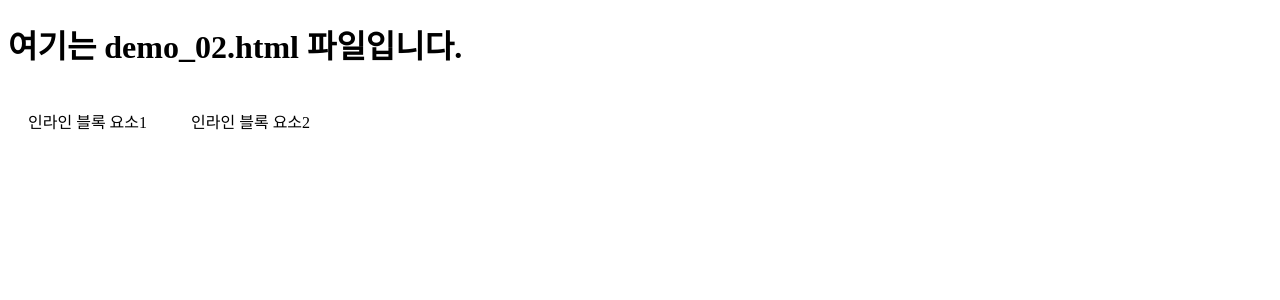
Repository: kimmingyeong225/totalJSP
Page: class_flexbox_011/src/main/webapp/demo_00.html
An editor plug-in stored every save of this project. The page is shown before and after the next save, followed by the edit.
The browser window is 1280 px wide. The pictures show the whole page.

Above is the page before, as saved 2024-07-01 00:33:15.

### class_flexbox_011/src/main/webapp/demo_00.html
<!DOCTYPE html>
<html>
<head>
<meta charset="UTF-8">
<title>인라인블록 요소 예시</title>
<style type="text/css">
	.m-inline-block{
		display: inline-block;
		border-bottom-color: aqua;
		padding: 10px;
		margin: 10px;

	}

</style>
</head>
<body>
 	<!--  http://localhost:8080/demo1/demo_02.html  -->
    <h1>여기는 demo_02.html 파일입니다.</h1>
    <div class="m-inline-block">인라인 블록 요소1</div>
    <div class="m-inline-block">인라인 블록 요소2</div>

</body>
</html>

After the next save:
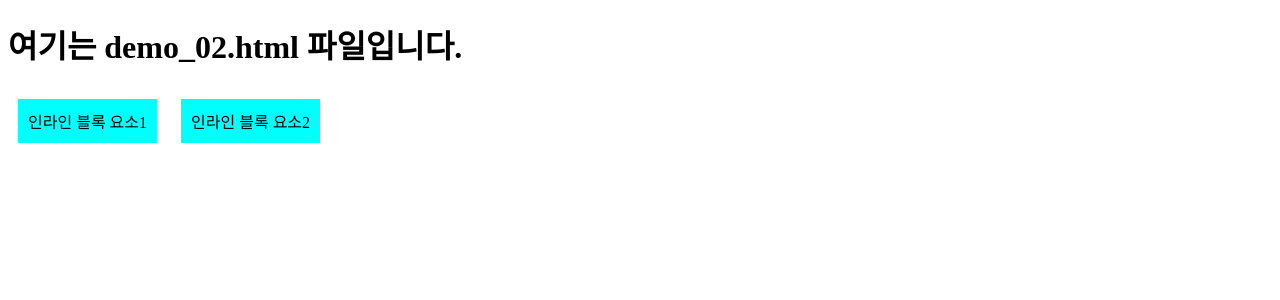
Saved 55 s later.
--- a/class_flexbox_011/src/main/webapp/demo_00.html
+++ b/class_flexbox_011/src/main/webapp/demo_00.html
@@ -6,7 +6,7 @@
 <style type="text/css">
 	.m-inline-block{
 		display: inline-block;
-		border-bottom-color: aqua;
+		background-color: aqua;
 		padding: 10px;
 		margin: 10px;
 
